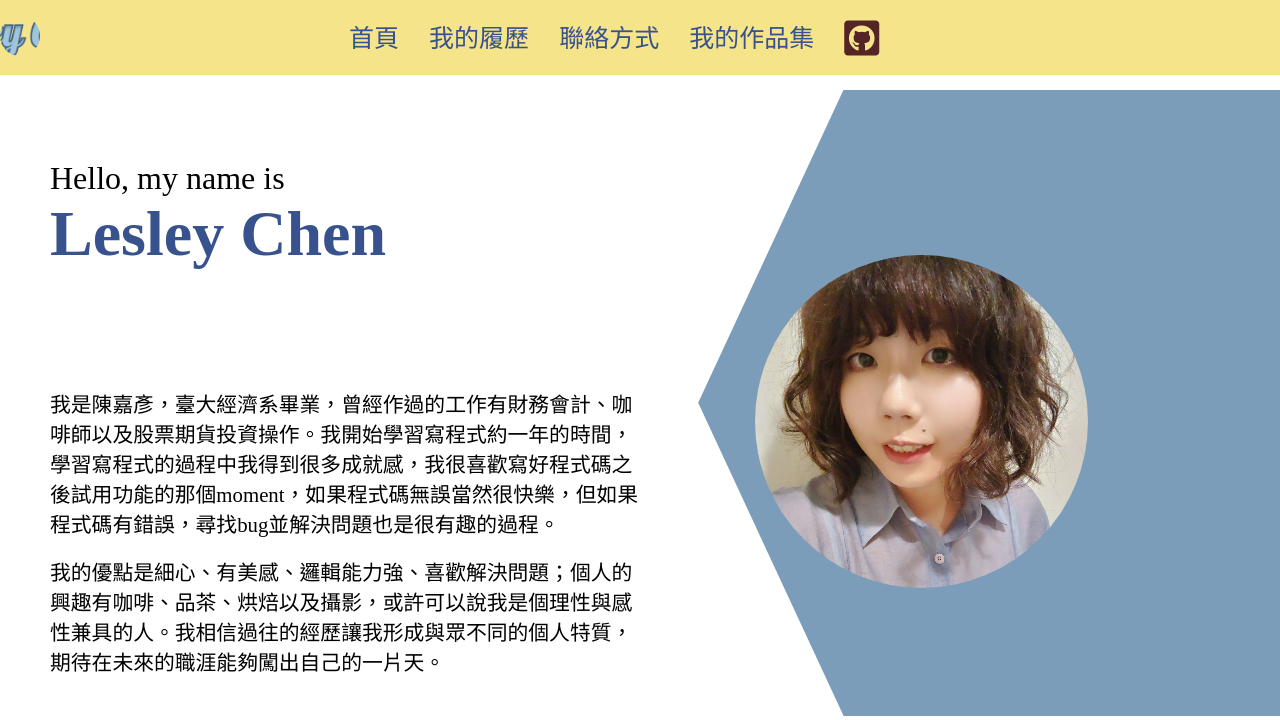
Repository: lcjyc/portfolio-website
Page: /
An editor plug-in stored every save of this project. The page is shown before and after the next save, followed by the edit.
The browser window is 1280 px wide. The pictures show the whole page.
The project was rebuilt for these pictures with package versions that can differ from the ones it lists, and the page was loaded fresh each time. Also part of the build but not shown: src/pages/resume/resume.css, src/pages/resume/Resume.jsx, src/pages/contact/contact.css, src/pages/contact/Contact.jsx, src/pages/portfolio/Portfolio.jsx.

Above is the page before, as saved 2022-08-21 16:02:27.

### public/index.html
<!DOCTYPE html>
<html lang="zh-tw">
  <head>
    <meta charset="utf-8" />
    <meta name="viewport" content="width=device-width, initial-scale=1" />
    <meta name="theme-color" content="#000000" />
    <meta
      name="description"
      content="Web site created using create-react-app"
    />
    <link
      href="https://fonts.googleapis.com/css2?family=Josefin+Sans:wght@100;200;300;400;500;600;700&family=Lora:ital@0;1&family=Varela&family=Varela+Round&display=swap"
      rel="stylesheet"
    />
    <link
      rel="stylesheet"
      href="https://cdnjs.cloudflare.com/ajax/libs/font-awesome/5.15.3/css/all.min.css"
      integrity="sha512-iBBXm8fW90+nuLcSKlbmrPcLa0OT92xO1BIsZ+ywDWZCvqsWgccV3gFoRBv0z+8dLJgyAHIhR35VZc2oM/gI1w=="
      crossorigin="anonymous"
    />
    <style>
      * {
        margin: 0;
      }
    </style>
    <style>
      .link {
        text-decoration: none;
        color: inherit;
      }
    </style>
    <title>Lesley Chen|Portfolio</title>
  </head>

  <body>
    <noscript>You need to enable JavaScript to run this app.</noscript>
    <div id="root"></div>
  </body>
</html>

### src/App.js
import TopBar from "./components/topbar/TopBar";
import Home from "./pages/home/Home";
import Resume from "./pages/resume/Resume";
import Contact from "./pages/contact/Contact";
import Portfolio from "./pages/portfolio/Portfolio";

import { BrowserRouter as Router, Routes, Route } from "react-router-dom";

function App() {
  return (
    <Router>
      <TopBar />
      <Routes>
        <Route path="/" element={<Home />} />
        <Route path="/resume" element={<Resume />} />
        <Route path="/contact" element={<Contact />} />
        <Route path="/portfolio" element={<Portfolio />} />
      </Routes>
    </Router>
  );
}

export default App;

### src/components/topbar/TopBar.jsx
import { Link } from "react-router-dom";
import lesley from "../../images/lesley.png";
import "./topbar.css";

export default function TopBar() {
  return (
    <div className="top">
      <div className="topLeft">
        <img src={lesley} alt="" className="topImg" />
      </div>

      <div className="topRight">
        <ul className="topList">
          <li className="topListItem">
            <Link className="link" to="/">
              首頁
            </Link>
          </li>
          <li className="topListItem">
            <Link className="link" to="/resume">
              我的履歷
            </Link>
          </li>
          <li className="topListItem">
            <Link className="link" to="/contact">
              聯絡方式
            </Link>
          </li>
          <li className="topListItem">
            <Link className="link" to="/portfolio">
              我的作品集
            </Link>
          </li>
          <li>
            <a href="https://github.com/lcjyc/">
              <i className="topIcon fab fa-github-square"></i>
            </a>
          </li>
        </ul>
      </div>
    </div>
  );
}

### src/pages/home/Home.jsx
import "./home.css";
import profilePic from "../../images/profile-pic.jpg";

const Home = () => {
  return (
    <div className="i">
      <div className="i-left">
        <div className="i-left-wrapper">
          <div className="i-name">
            <h2 className="i-intro">Hello, my name is</h2>
            <h1 className="myname">Lesley Chen</h1>
          </div>
          <div className="i-title">
            <div className="i-title-wrapper">
              <div className="i-title-item">Web Developer</div>
              <div className="i-title-item">Front-End Engineer</div>
            </div>
          </div>
          <div className="i-desc">
            <p>
              我是陳嘉彥，臺大經濟系畢業，曾經作過的工作有財務會計、咖啡師以及股票期貨投資操作。我開始學習寫程式約一年的時間，學習寫程式的過程中我得到很多成就感，我很喜歡寫好程式碼之後試用功能的那個moment，如果程式碼無誤當然很快樂，但如果程式碼有錯誤，尋找bug並解決問題也是很有趣的過程。
            </p>
            <br />
            <p>
              我的優點是細心、有美感、邏輯能力強、喜歡解決問題；個人的興趣有咖啡、品茶、烘焙以及攝影，或許可以說我是個理性與感性兼具的人。我相信過往的經歷讓我形成與眾不同的個人特質，期待在未來的職涯能夠闖出自己的一片天。
            </p>
          </div>
        </div>
      </div>
      <div className="i-right">
        <div className="i-bg"></div>
        <img src={profilePic} alt="" className="i-img" />
      </div>
    </div>
  );
};

export default Home;

### src/components/topbar/topbar.css
.top {
  width: 100%;
  height: 6vh;
  background-color: rgba(243, 217, 90, 0.7);
  position: sticky;
  top: 0;
  padding: 1rem 0rem;
  display: flex;
  align-items: center;
  z-index: 999;
}

.topLeft {
  flex: 3;
}

.topImg {
  margin-right: 30px;
  width: 200px;
  height: 40px;
}

.topRight {
  flex: 8;
  display: flex;
}

.topIcon {
  font-size: 40px;
  margin-right: 10px;
  color: rgb(83, 37, 37);
  cursor: pointer;
}

.topImg {
  width: 40px;
  height: 40px;
  border-radius: 50%;
  object-fit: cover;
  cursor: pointer;
}

.topList {
  display: flex;
  justify-content: center;
  margin: 0;
  padding: 0;
  list-style: none;
}

.topListItem {
  margin-right: 30px;
  font-size: 25px;
  color: rgb(55, 82, 141);
  cursor: pointer;
}

.topListItem :hover {
  color: white;
}

### src/pages/home/home.css
.i {
  display: flex;
  height: 87vh;
  width: 100%;
  padding-top: 2vh;
}

.i-left {
  flex: 6;
  display: flex;
  justify-content: center;
}

.i-right {
  flex: 5;
  position: relative;
}

.i-left-wrapper {
  padding: 70px 50px 60px 50px;
  height: 50%;
  display: flex;
  flex-direction: column;
  justify-content: space-between;
}

.i-name {
  height: 40%;
}

.i-intro {
  font-size: 2rem;
  font-weight: 300;
}

.myname {
  font-size: 4rem;
  color: rgb(55, 82, 141);
}

.i-title {
  height: 15%;
  flex-shrink: 0;
  overflow: hidden;
  margin-bottom: 30px;
}

.i-title-wrapper {
  height: 100%;
  animation: move 6s ease-in-out infinite alternate;
}

@keyframes move {
  50% {
    transform: translateY(-50px);
  }
  100% {
    transform: translateY(-100px);
  }
}

.i-title-item {
  height: 50px;
  font-size: 30px;
  font-weight: bold;
  color: rgb(48, 83, 46);
  display: flex;
  align-items: center;
}

.i-desc {
  padding-top: 40px;
}

.i-desc > p {
  font-size: 1.3rem;
}

.i-img {
  object-fit: cover;
  position: absolute;
  border-radius: 50%;
  width: 26vw;
  height: 26vw;
  top: 23vh;
  right: 15vw;
}

.i-bg {
  clip-path: polygon(100% 0%, 100% 51%, 100% 100%, 25% 100%, 0% 50%, 25% 0%);
  background-color: rgb(67, 116, 156, 0.7);
  width: 100%;
  height: 100%;
  position: absolute;
  top: 0;
  right: 0;
}

@media screen and (max-width: 480px) {
  .i {
    flex-direction: column;
  }

  .i-left-wrapper {
    padding: 10px;
    align-items: center;
    justify-content: center;
    text-align: center;
    height: 100%;
  }
}

### src/pages/portfolio/portfolio.css
.portfolio {
  display: flex;
  height: 87vh;
  width: 100%;
  padding-top: 3vh;
}

.left,
.right {
  flex: 1;
  padding: 30px;
  display: block;
  text-align: center;
  width: 600px;
}

.link {
  text-decoration: none;
  cursor: pointer;
}

.app {
  color: rgb(39, 138, 184);
  font-size: 30px;
}

.img {
  height: 550px;
  width: 350px;
  display: block;
  margin: auto;
}

.desc {
  width: 400px;
  text-align: start;
  display: block;
  margin: auto;
  font-size: 14px;
  color: #888;
}

Loaded but not shown: src/index.js (common file)

After the next save:
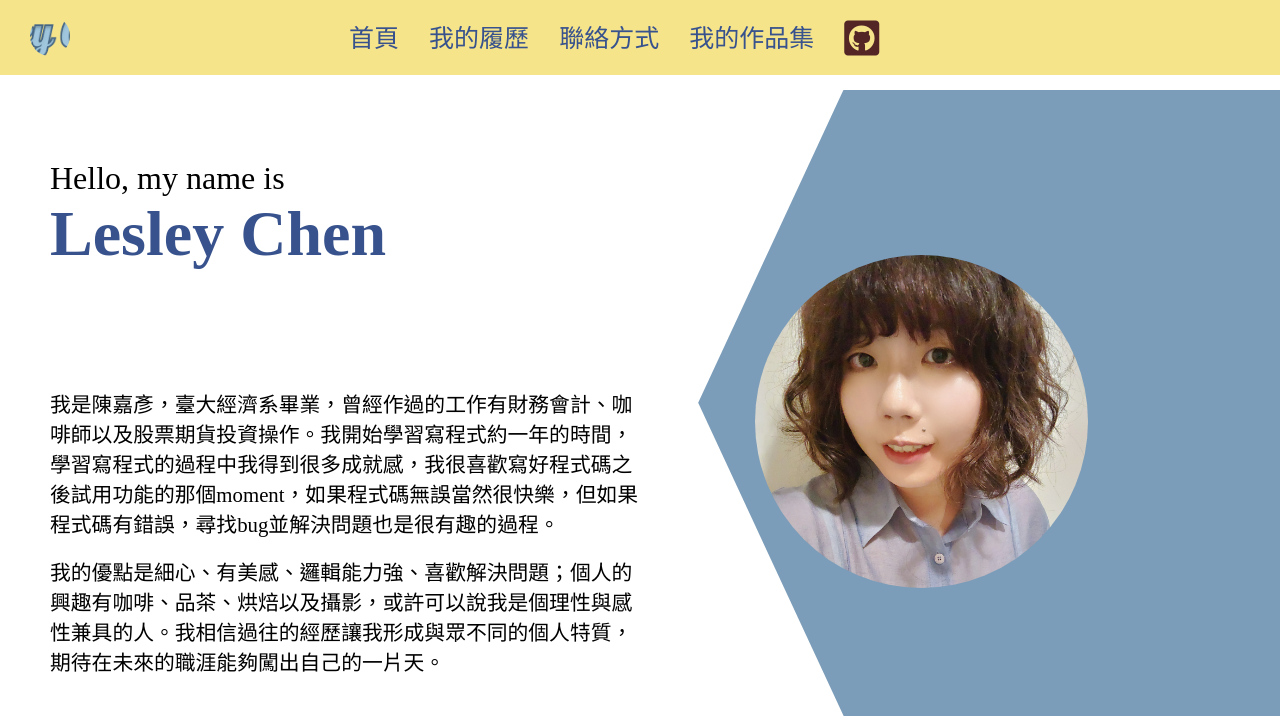
Saved 12 s later.
--- a/src/components/topbar/topbar.css
+++ b/src/components/topbar/topbar.css
@@ -15,7 +15,7 @@
 }
 
 .topImg {
-  margin-right: 30px;
+  margin-left: 30px;
   width: 200px;
   height: 40px;
 }

After the save that followed:
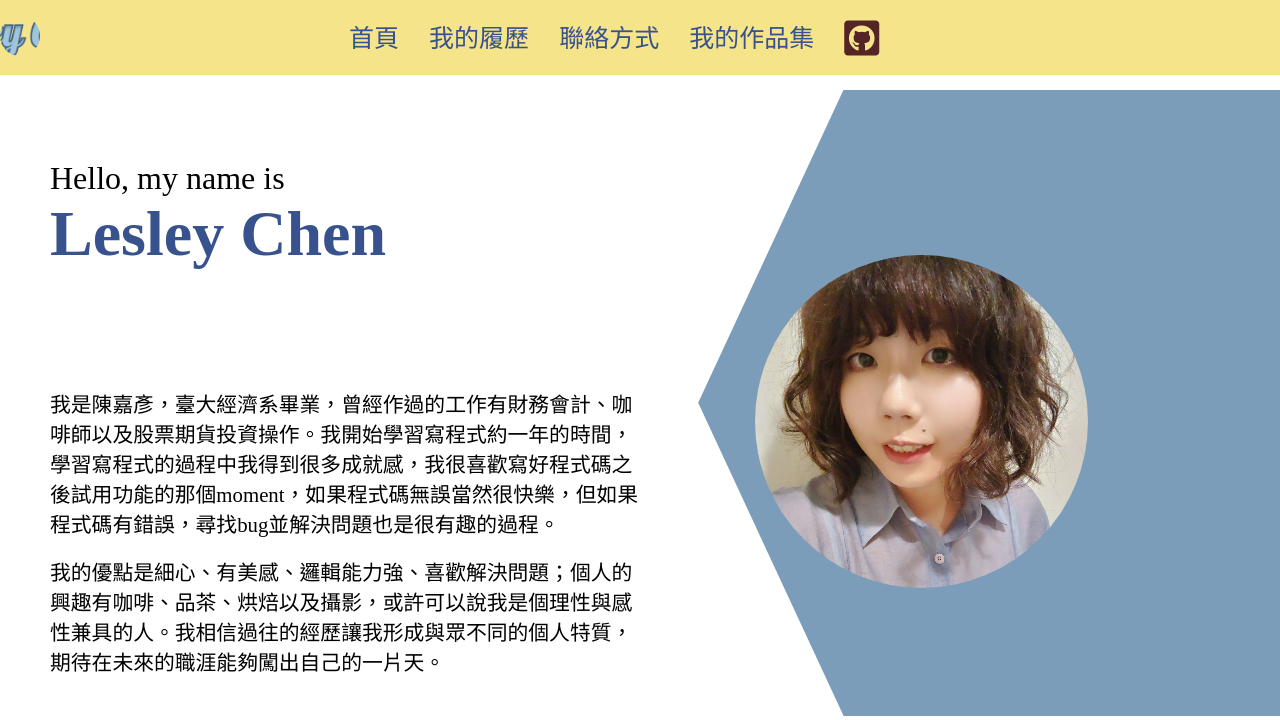
Saved 18 s later.
--- a/src/components/topbar/topbar.css
+++ b/src/components/topbar/topbar.css
@@ -15,7 +15,6 @@
 }
 
 .topImg {
-  margin-left: 30px;
   width: 200px;
   height: 40px;
 }
